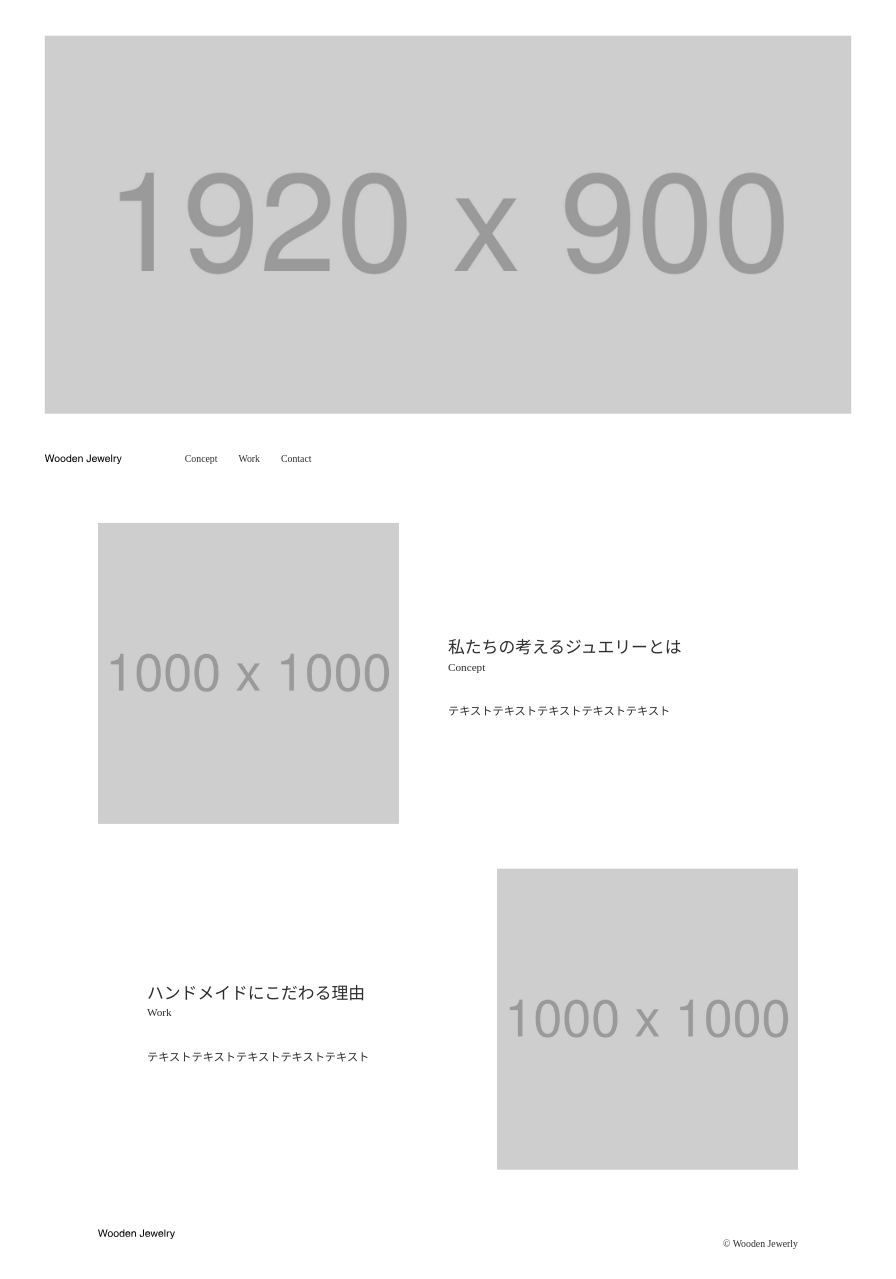
Repository: Fuki-san/jewelry
Page: http://localhost/jewelry
An editor plug-in stored every save of this project. The page is shown before and after the next save, followed by the edit.
The browser window is 1280 px wide. The pictures show the whole page, at 70% of full size.
The page is served by the project's Laravel application, run on PHP 8.4 with Laravel 10.

Above is the page before, as saved 2023-11-26 15:05:28.

After the next save:
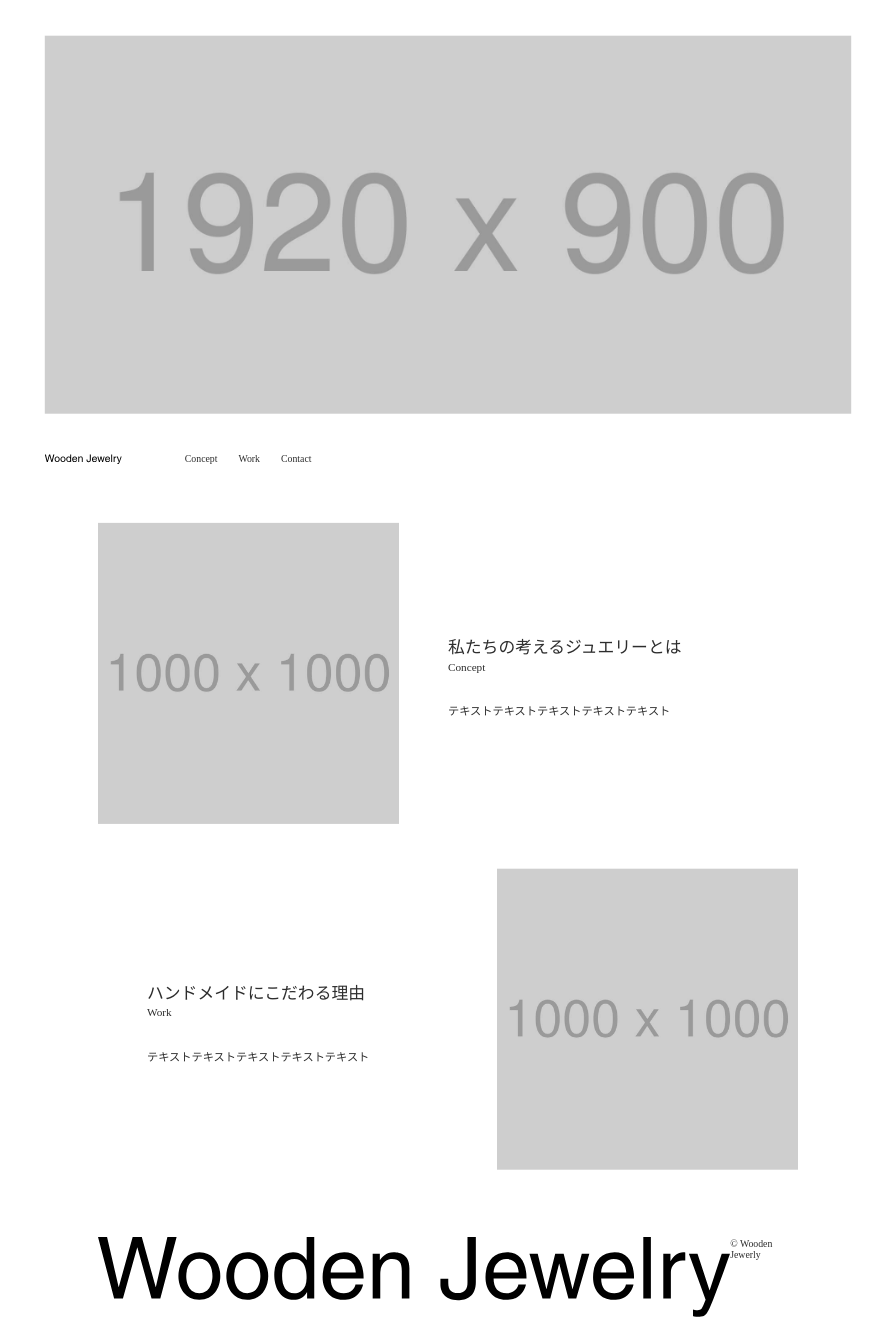
Saved 14 s later.
--- a/public/css/style.css
+++ b/public/css/style.css
@@ -96,5 +96,5 @@
     padding: 20px 0;
 }
 #footer .logo{
-    width: 110px;
+    /* width: 110px; */
 }

After the save that followed:
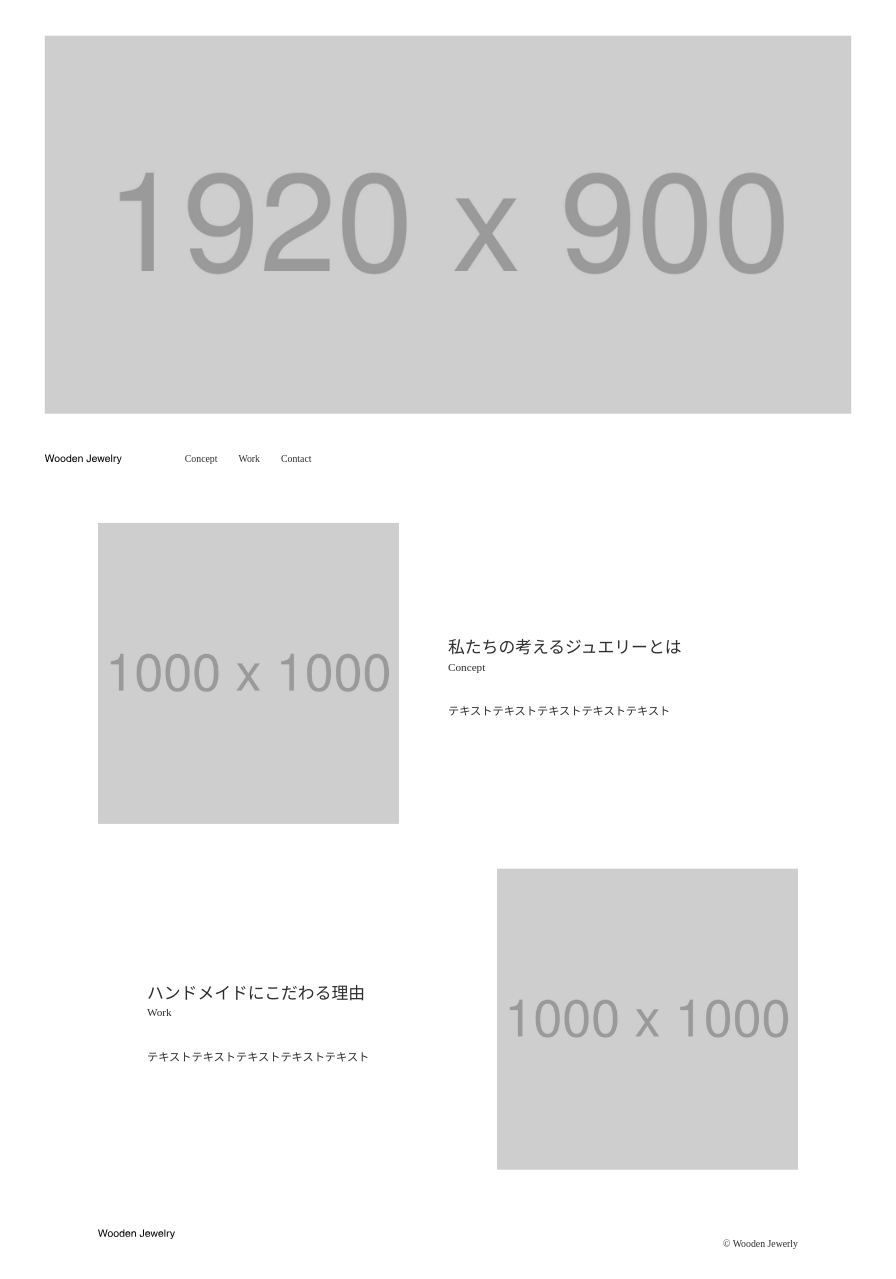
Saved 5 s later.
--- a/public/css/style.css
+++ b/public/css/style.css
@@ -96,5 +96,5 @@
     padding: 20px 0;
 }
 #footer .logo{
-    /* width: 110px; */
+    width: 110px;
 }
